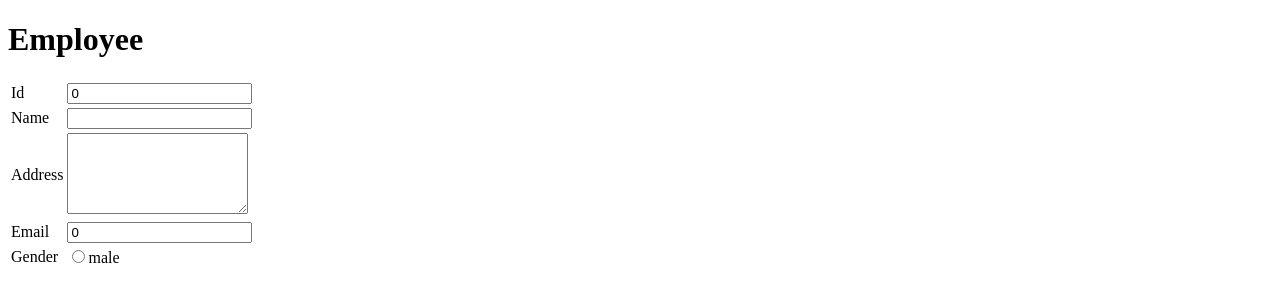
Repository: kubon9xhd/SpringMVC
Page: http://localhost/spring-excercise-6/insert
An editor plug-in stored every save of this project. The page is shown before and after the next save, followed by the edit.
The browser window is 1280 px wide. The pictures show the whole page.
The page is served by Tomcat 9.

Above is the page before, as saved 2021-06-06 15:14:06.

After the next save:
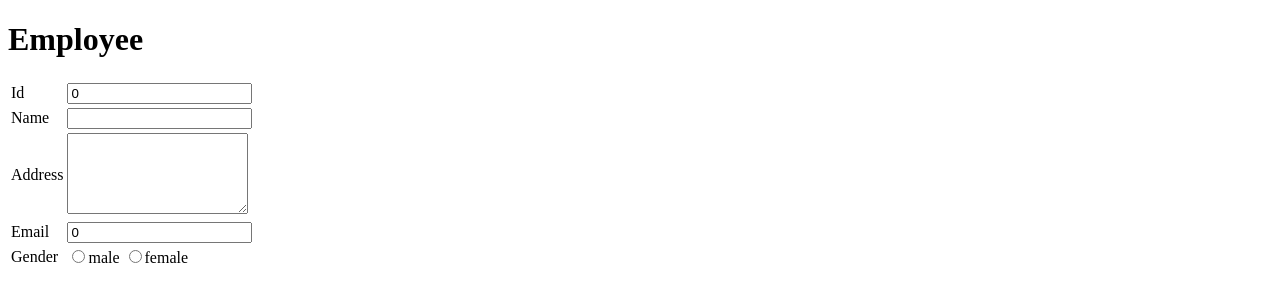
Saved 15 s later.
--- a/spring-excercise-6/src/main/webapp/WEB-INF/views/employee/insert.jsp
+++ b/spring-excercise-6/src/main/webapp/WEB-INF/views/employee/insert.jsp
@@ -31,6 +31,7 @@
 				<td><form:label path="gender">Gender</form:label></td>
 				<td>
 					<form:radiobutton path="gender" value="male" label="male"/>
+					<form:radiobutton path="gender" value="female" label="female"/>
 				</td>
 			</tr>
 		</table>
